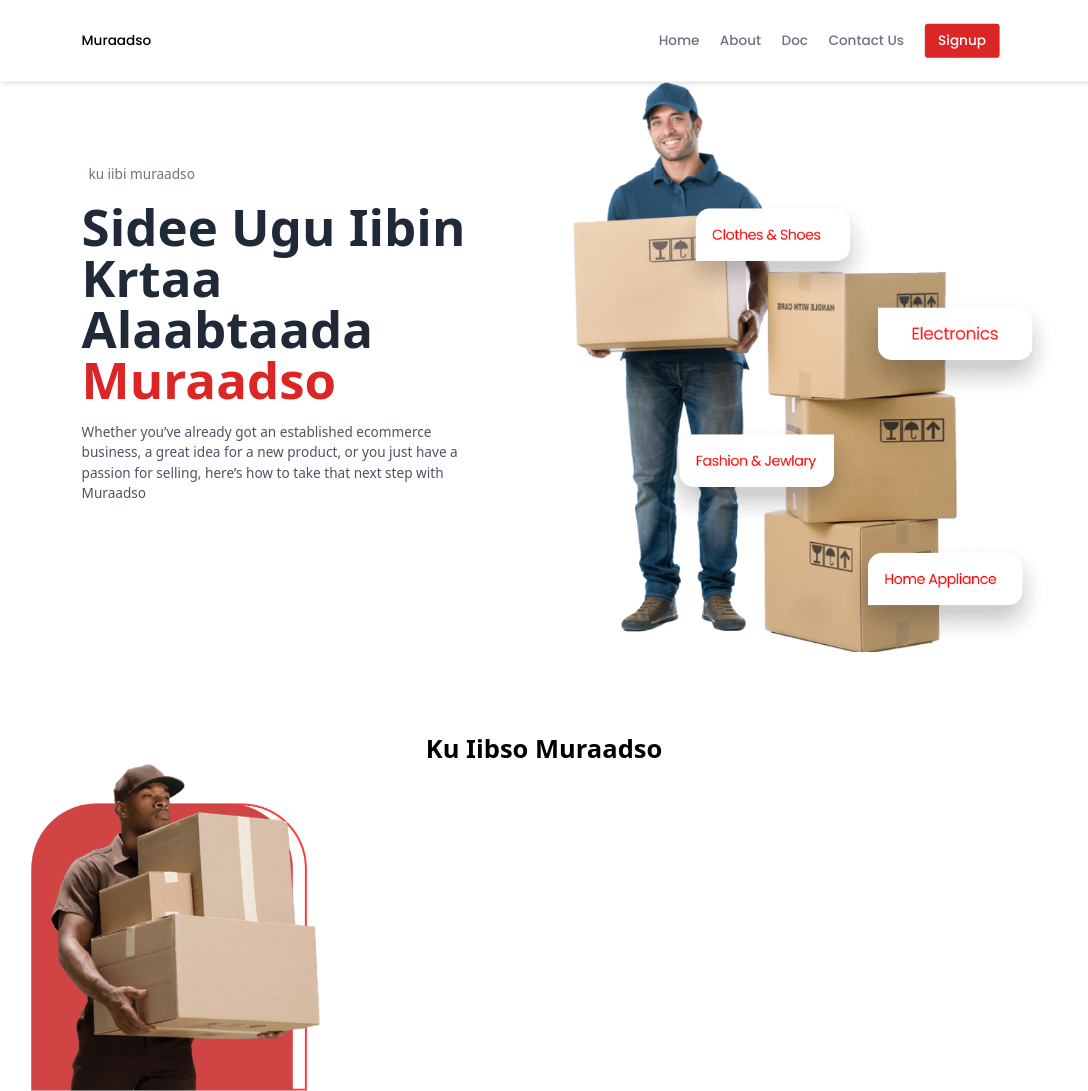
Repository: muraadso/Muraadso-Sellers
Page: /
The author's editor kept a copy of each file at every save. The page is drawn from the files as they stood at one save, then again after the next save.
The browser window is 1280 px wide. The pictures show the whole page, at 85% of full size.
The project was rebuilt for these pictures with package versions that can differ from the ones it lists, and the page was loaded fresh each time. The framework's server and built-in components were replaced by stand-ins that run in the browser. Also part of the build but not shown: next.config.js.

Above is the page before, as saved 2021-12-05 19:35:53.

### pages/_app.js
import '../styles/globals.css'
 import 'tailwindcss/tailwind.css'
import { Layout } from '../components/Layout'


function MyApp({ Component, pageProps }) {
  return (
    <Layout>
      <Component {...pageProps} />
    </Layout>
  )
}

export default MyApp

### pages/index.js
import Head from 'next/head'
import Image from 'next/image'
import Navbar from '../components/Navbar'
import Hero from '../components/Hero'
import About from '../components/About'
import styles from '../styles/Home.module.css'


export default function Home() {
  return (
    <div className={styles.container}>
      <Head>
        <title>Muraadso Sellers</title>
        <meta name="description" content="Generated by create next app" />
        <link rel="icon" href="/favicon.ico" />
      </Head>
      <Hero />
      <About />
    </div>
  )
}

### styles/globals.css
@import url('https://fonts.googleapis.com/css2?family=Lato:ital,wght@0,300;0,400;0,700;0,900;1,700&family=Poppins:wght@200;300;400;500;600;700&display=swap');
html,
body {
  padding: 0;
  margin: 0;
}

a {
  color: inherit;
  text-decoration: none;
}

* {
  box-sizing: border-box;
}


.navbar {
  box-shadow: 2px 1px 7px rgba(0, 0, 0, 0.226);
  font-family: 'Poppins', sans-serif  ;
  font-weight: 500;

}
  .logo{
    font-family: 'Lato', sans-serif;
    font-weight: 700;
    color: rgb(233, 59, 59);
    font-size: 20px ;
  }

.nav{
}





@media screen and  (max-width: 415px){
  .nav{
    display: flex;
    color: blue;
    flex-direction: row;
  }
}




@tailwind base;
@tailwind components;
@tailwind utilities

### components/Layout.js
import Navbar from "./Navbar"
import Footer from "./Footer"

export const Layout = ({children}) => {
    return (
        <div className="layout">
            <Navbar />
                {children}
            <Footer />



        </div>
    )
}

### components/Navbar.jsx
import React, { useState } from "react";
import { HiOutlineMenuAlt2, HiOutlineMenuAlt3 } from "react-icons/hi";



export default function Navbar() {
  const [showNav, setShowNav] = useState(false);

  return (
    <nav className="sticky top-0 z-20 items-center justify-between bg-white px-14 md:px-24 md:py-5 navbar md:flex">
      <div className="flex items-center justify-between">
        <a href="#">
          <h2>Muraadso</h2>
        </a>


        {showNav ? (
          <HiOutlineMenuAlt3
            onClick={() => setShowNav(!showNav)}
            className="block w-10 h-10 p-2 cursor-pointer md:hidden"
          />
        ) : (
          <HiOutlineMenuAlt2
            onClick={() => setShowNav(!showNav)}
            className="block w-10 h-10 p-2 cursor-pointer md:hidden"
          />
        )}
      </div>

      <ul
        className={
          (showNav ? "left-0" : "-left-full") +
          " md:static fixed bottom-0 md:ml-24 top-14 md:flex md:space-x-6 items-center md:bg-transparent bg-white bg-opacity-90 md:w-auto w-10/12 md:text-gray-500 text-gray-800  md:space-y-0 space-y-5 p-2 transition-left nav"
        }
      >
        <a href="#"> Home</a>
        <a href="#"> About</a>
        <a href="#"> Doc</a>
        <a href="#"> Contact Us</a>
      <a className="px-4 py-2 text-white bg-red-600 rounded" href="">Signup</a>
      </ul>
    </nav>
  );
}

























// const Navbar = () => {
//     return (
//         <div>
//      <div className="sticky top-0 z-20 items-center justify-between bg-white md:flex navbar">
//          <a className="logo" href="#">Muraadso</a>
//          <nav className="fixed bottom-0 items-center w-10/12 p-2 space-y-5 text-white bg-gray-500 md:static top-12 md:flex md:space-x-7 md:bg-transparent bg-opacity-90 md:w-auto md:text-gray-500 md:space-y-0 transition-left nav">
//              <a className="hover:text-red-600" href="">Home</a>
//              <a className="hover:text-red-600" href="">About</a>
//              <a className="hover:text-red-600" href="">Doc</a>
//              <a className="hover:text-red-600" href="">Contact Us</a>
//          </nav>
//          <a href="#" className="px-4 py-2 text-white bg-red-600 rounded hover:bg-red-700 signup ">Signup</a>
//      </div>

//         </div>
//     )
// }

// export default Navbar

### components/Hero.jsx
const Hero = () => {
    return (
        <div className="grid grid-cols-2 hero">
                <div className="px-16 py-24 herotxt">
                    <h6 className="px-2 font-medium text-gray-500">ku iibi muraadso</h6>
                    <h1 className="my-5 md:font-bold md:text-gray-800 md:capitalize lg:text-6xl">sidee ugu iibin krtaa <br /> alaabtaada <span className="md:text-red-600">muraadso </span></h1>
                    <p className="text-gray-600" >Whether you’ve already got an established ecommerce business, a great idea for a new product, or you just have a passion for selling, here’s how to take that next step with Muraadso</p>
                </div>
                <div className="heroimg">
                    <img className="w-4/4 "  src="/images/heroimage.png" alt="heroimage" />
                </div>

        </div>
    )
}

export default Hero

### components/About.jsx

const About = () => {
    return (
        <div className="mt-24">
            <h1 className="text-3xl font-bold text-center">Ku Iibso Muraadso</h1>
            <img src="/images/aboutimage.png" className="md:h-96" alt="about image" />
        </div>
    )
}

export default About

### components/Footer.jsx
const Footer = () => {
    return (
        <div>
        </div>
    )
}

export default Footer

### tailwind.config.js
module.exports = {
   purge: ['./pages/**/*.{js,ts,jsx,tsx}', './components/**/*.{js,ts,jsx,tsx}'],
  darkMode: false, // or 'media' or 'class'
  theme: {
    extend: {
      transitionProperty: {
         'left': 'left',
        }
    },

  },
  variants: {
    extend: {},
  },
  plugins: [],
}

Loaded but not shown: pages/api/hello.js (common file); styles/Home.module.css (common file)

After the next save:
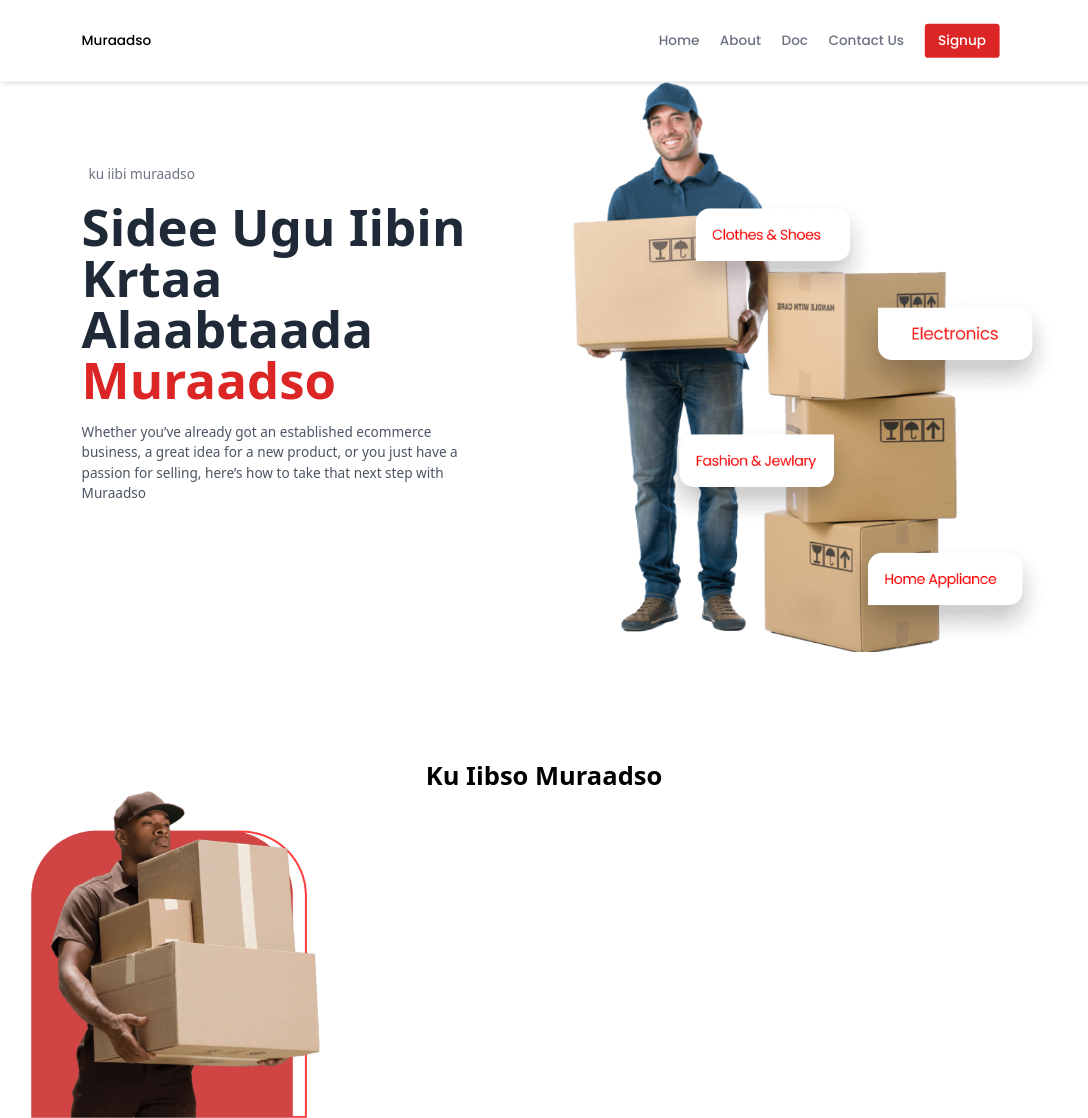
Saved 22 s later.
--- a/components/About.jsx
+++ b/components/About.jsx
@@ -1,7 +1,7 @@
 
 const About = () => {
     return (
-        <div className="mt-24">
+        <div className="mt-32">
             <h1 className="text-3xl font-bold text-center">Ku Iibso Muraadso</h1>
             <img src="/images/aboutimage.png" className="md:h-96" alt="about image" />
         </div>
